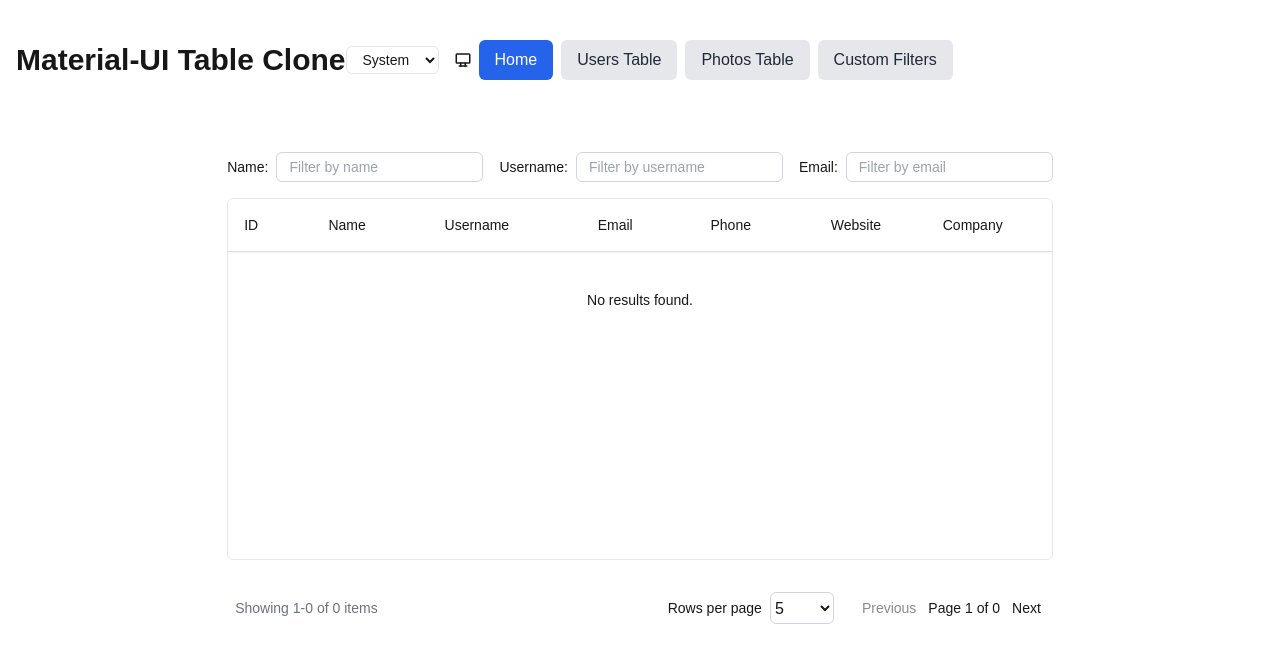
Repository: Dvirco1234/mini-mui-table
Page: /
The author's editor kept a copy of each file at every save. The page is drawn from the files as they stood at one save, then again after the next save.
The browser window is 1280 px wide. The pictures show the whole page.
The page's requests for data from a server got no answer. The project was rebuilt for these pictures with package versions that can differ from the ones it lists, and the page was loaded fresh each time. The framework's server and built-in components were replaced by stand-ins that run in the browser. No one was signed in, and anything a server would have sent is missing. Also part of the build but not shown: next.config.ts.

Above is the page before, as saved 2025-03-03 22:00:29.

After the next save:
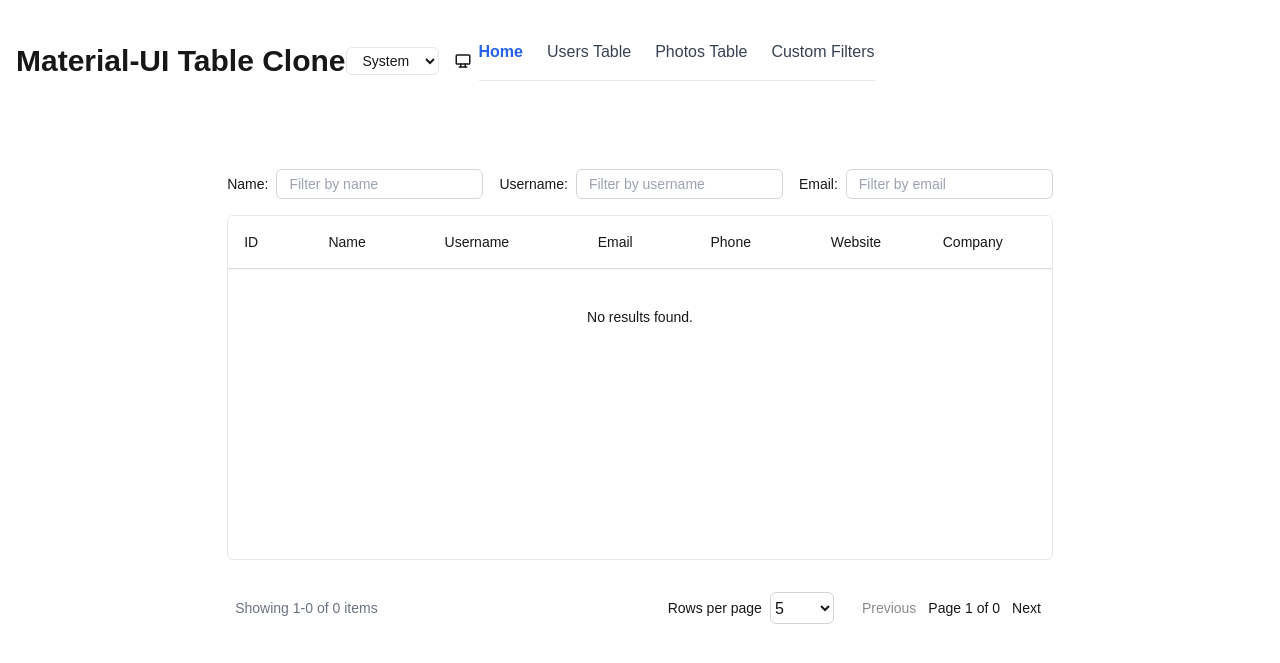
Saved 82 s later.
--- a/src/components/layout/Navigation.tsx
+++ b/src/components/layout/Navigation.tsx
@@ -15,22 +15,22 @@ export function Navigation() {
   const pathname = usePathname();
 
   return (
-    <div className="w-full flex">
-      <div className="flex justify-between items-center mb-8">
+    <div className="w-full flex mb-6">
+      <div className="flex justify-between items-center mb-6">
         <h1 className="text-3xl font-bold">Material-UI Table Clone</h1>
         <ThemeToggle />
       </div>
 
-      <nav className="mb-8">
-        <ul className="flex flex-wrap gap-2">
+      <nav className="border-b pb-4 mb-6">
+        <ul className="flex flex-wrap gap-6">
           {navItems.map((item) => (
             <li key={item.path}>
               <Link
                 href={item.path}
-                className={`px-4 py-2 rounded-md inline-block transition-colors ${
+                className={`text-base font-medium transition-colors hover:underline ${
                   pathname === item.path
-                    ? "bg-blue-600 text-white"
-                    : "bg-gray-200 text-gray-800 hover:bg-gray-300 dark:bg-gray-700 dark:text-gray-200 dark:hover:bg-gray-600"
+                    ? "text-blue-600 dark:text-blue-400 font-semibold"
+                    : "text-gray-700 hover:text-blue-600 dark:text-gray-300 dark:hover:text-blue-400"
                 }`}
               >
                 {item.name}
